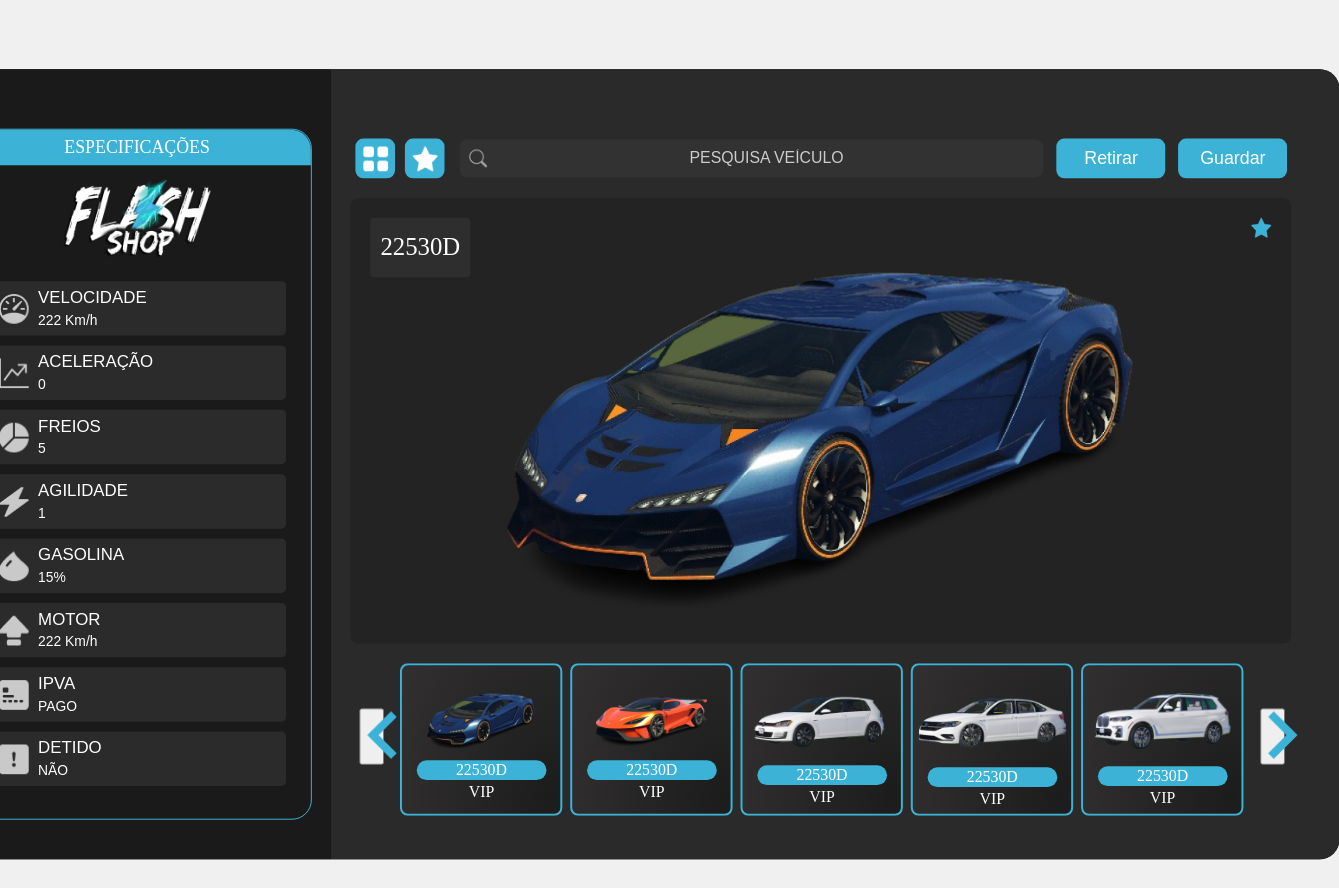
Repository: DuMCorrea/Garagem
Page: index.html
An editor plug-in stored every save of this project. The page is shown before and after the next save, followed by the edit.
The browser window is 1280 px wide. The page is 1353 px wide, so the pictures cover 1353 px, including what lies to the right of the window. The pictures show the whole page, at 99% of full size.
Some web fonts or font styles are not loaded; a fallback is used.

Above is the page before, as saved 2024-08-22 20:19:35.

After the next save:
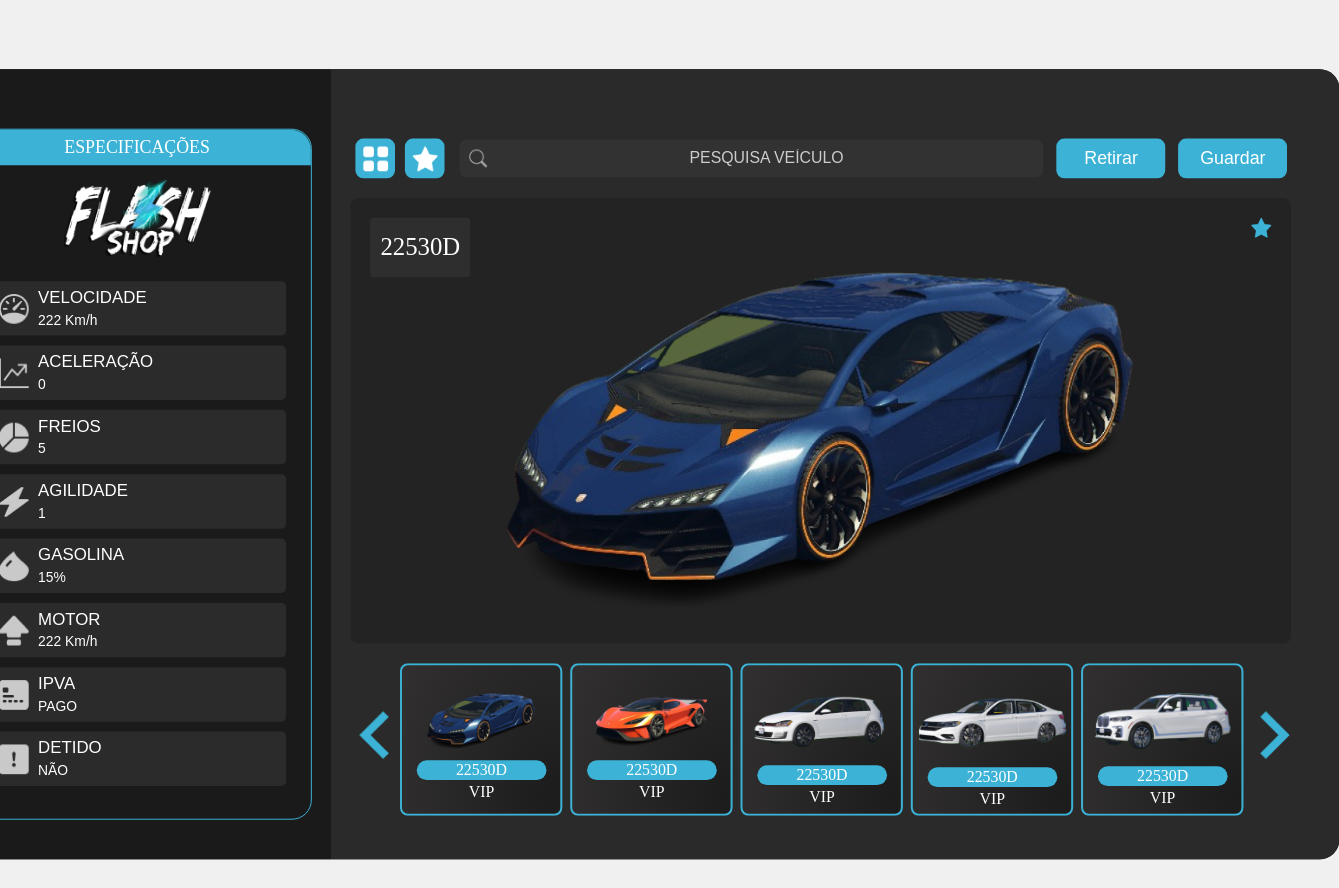
Saved 13 s later.
--- a/styles.css
+++ b/styles.css
@@ -396,6 +396,10 @@
     transform: translateY(-50%);
     width: 25px; /* Ajuste o tamanho conforme necessário */
     height: auto;
+    background: none; /* Remove o fundo do botão */
+    border: none; /* Remove a borda do botão */
+    padding: 0; /* Remove o padding do botão */
+    cursor: pointer; /* Muda o cursor para indicar que é um botão */
 }
 
 .imagem-lateral-esquerda {
